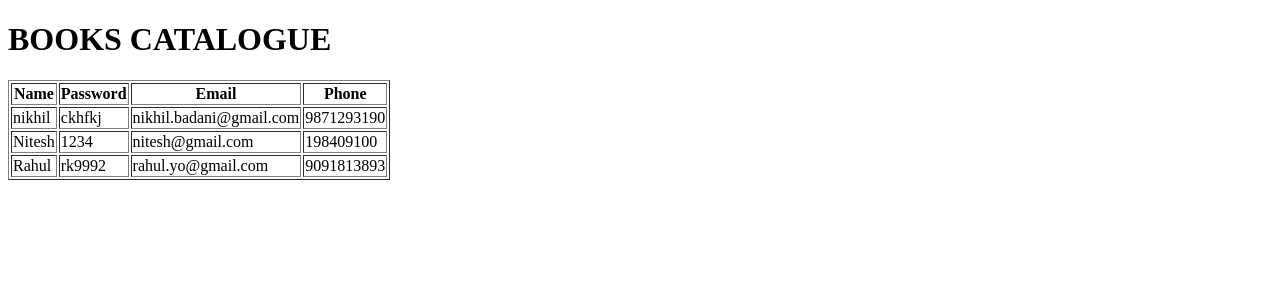
Repository: nikhilbad7/jsp-practicals
Page: http://localhost/classwork/exp12showbooks.jsp
An editor plug-in stored every save of this project. The page is shown before and after the next save, followed by the edit.
The browser window is 1280 px wide. The pictures show the whole page.
The page is served by Tomcat 9. The database holds what the project's SQL file puts in it. Queries for data that is not in the repository find no rows.

Above is the page before, as saved 2018-04-11 08:57:34.

### classwork/WebContent/exp12showbooks.jsp
<!DOCTYPE HTML PUBLIC "-//W3C//DTD HTML 4.01 Transitional//EN"
"http://www.w3.org/TR/html4/loose.dtd">
<%@ page import="java.sql.*" %>
<%@ page import="java.io.*" %>
<html>
<head>
<title>SHOW BOOKS</title>
</head>
<body>
<h1>BOOKS CATALOGUE </h1>
<%
try {
/* Create string of connection url within specified format with machine name,
port number and database name. Here machine name id localhost and database name
is usermaster. */
//String connectionURL = "jdbc:mysql://localhost:3306/usermaster";
// declare a connection by using Connection interface
//Connection connection = null;
// Load JBBC driver "com.mysql.jdbc.Driver".
Class.forName("com.mysql.jdbc.Driver");
/* Create a connection by using getConnection() method that takes parameters of
string type connection url, user name and password to connect to database. */
Connection con=(Connection) DriverManager.getConnection("jdbc:mysql://localhost:3306/userservlet","root","");
// check weather connection is established or not by isClosed() method
Statement stmt=(Statement) con.createStatement();
String q = "select * from userdetails";
ResultSet rs=(ResultSet) stmt.executeQuery(q);
stmt = (Statement) con.createStatement();
rs= (ResultSet) stmt.executeQuery(q);
%>
<table border=1>
<tr>
	<th>Name</th>
	<th>Password</th>
	<th>Email</th>
	<th>Phone</th>
</tr> <%
while(rs.next()){
	String name = rs.getString("name");
	String password = rs.getString("password");
	String email = rs.getString("email");
	String phno = rs.getString("phone");
	out.print("<tr><td>"+name+"</td><td>"+password+"</td><td>"+email+"</td><td>"+phno+"</td></tr>");

}
%>
</table>
<%
con.close();
}
catch(Exception ex){
ex.printStackTrace();
}
%>

</body>
</html>

### classwork/database/userservlet.sql (the tables this page reads)
CREATE TABLE `userdetails` (
  `name` varchar(255) NOT NULL,
  `password` varchar(255) NOT NULL,
  `email` varchar(500) NOT NULL,
  `phone` varchar(50) NOT NULL
) ENGINE=InnoDB DEFAULT CHARSET=latin1;

INSERT INTO `userdetails` (`name`, `password`, `email`, `phone`) VALUES
('nikhil', 'ckhfkj', 'nikhil.badani@gmail.com', '9871293190'),
('Nitesh', '1234', 'nitesh@gmail.com', '198409100'),
('Rahul', 'rk9992', 'rahul.yo@gmail.com', '9091813893');

After the next save:
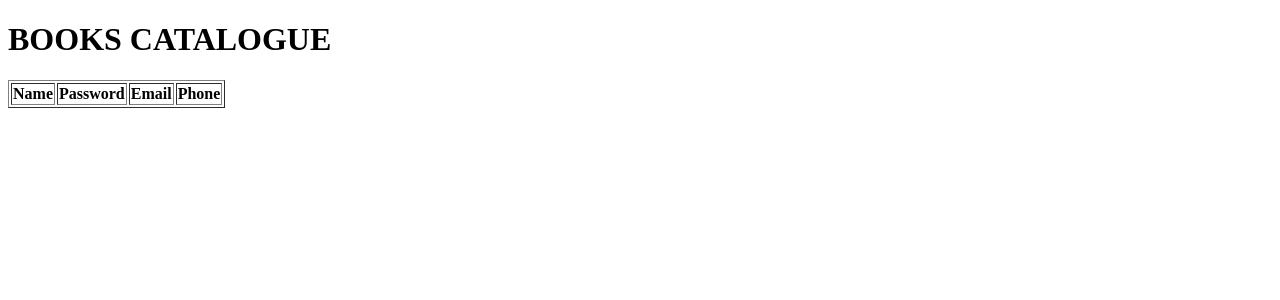
Saved 32 s later.
--- a/classwork/WebContent/exp12showbooks.jsp
+++ b/classwork/WebContent/exp12showbooks.jsp
@@ -20,10 +20,10 @@ is usermaster. */
 Class.forName("com.mysql.jdbc.Driver");
 /* Create a connection by using getConnection() method that takes parameters of
 string type connection url, user name and password to connect to database. */
-Connection con=(Connection) DriverManager.getConnection("jdbc:mysql://localhost:3306/userservlet","root","");
+Connection con=(Connection) DriverManager.getConnection("jdbc:mysql://localhost:3306/books_catalogue","root","");
 // check weather connection is established or not by isClosed() method
 Statement stmt=(Statement) con.createStatement();
-String q = "select * from userdetails";
+String q = "select * from bookdetails";
 ResultSet rs=(ResultSet) stmt.executeQuery(q);
 stmt = (Statement) con.createStatement();
 rs= (ResultSet) stmt.executeQuery(q);
